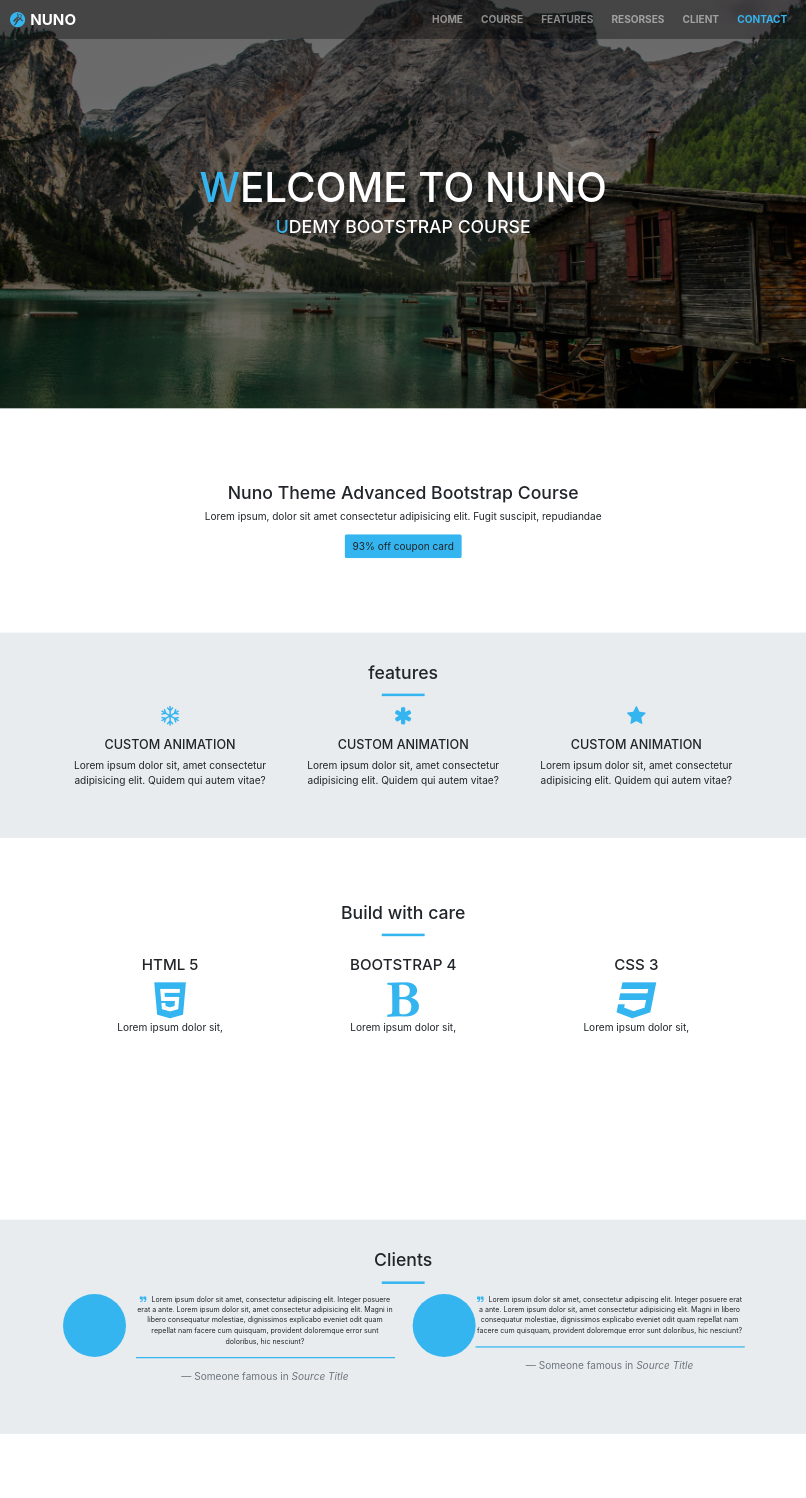
Repository: Mietlicha/bootstrap_template_exercise
Page: index.html
These files come from the project's save history. The page is drawn as it stood at one moment and after the next save; the edit follows.
The browser window is 1280 px wide. The pictures show the whole page, at 63% of full size.

Above is the page before, as saved 2019-11-19 22:33:17.

### index.html
<!DOCTYPE html>
<html lang="en">

<head>
    <meta charset="UTF-8">
    <meta name="viewport" content="width=device-width, initial-scale=1.0">
    <meta http-equiv="X-UA-Compatible" content="ie=edge">
    <title>Bootstrap template</title>
    <link rel="stylesheet" href="https://stackpath.bootstrapcdn.com/bootstrap/4.3.1/css/bootstrap.min.css"
        integrity="sha384-ggOyR0iXCbMQv3Xipma34MD+dH/1fQ784/j6cY/iJTQUOhcWr7x9JvoRxT2MZw1T" crossorigin="anonymous">
    <link rel="stylesheet" href="style.css">
    <link rel="stylesheet" href="https://cdnjs.cloudflare.com/ajax/libs/font-awesome/4.7.0/css/font-awesome.min.css">
</head>

<body data-spy="scroll" data-target="#main-nav">
    <!--------------------nav/home-------------------------------------------------------------------->
    <nav id="main-nav" class="navbar navbar-expand-md navbar-dark bg-dark font-weight-bold fixed-top">
        <a class="navbar-brand" href="#"><i class="fa fa-grav mr-2" aria-hidden="true"></i>Nuno</a>
        <button class="navbar-toggler" type="button" data-toggle="collapse" data-target="#navbarSupportedContent"
            aria-controls="navbarSupportedContent" aria-expanded="false" aria-label="Toggle navigation">
            <span class="navbar-toggler-icon"></span>
        </button>

        <div class="collapse navbar-collapse" id="navbarSupportedContent">
            <ul class="navbar-nav ml-auto">
                <li class="nav-item">
                    <a class="nav-link" href="#home">Home</a>
                </li>
                <li class="nav-item">
                    <a class="nav-link" href="#course">Course</a>
                </li>
                <li class="nav-item">
                    <a class="nav-link" href="#feature">Features</a>
                </li>
                <li class="nav-item">
                    <a class="nav-link" href="#resources">Resorses</a>
                </li>
                <li class="nav-item">
                    <a class="nav-link" href="#client">Client</a>
                </li>
                <li class="nav-item">
                    <a class="nav-link" href="#contact">Contact</a>
                </li>
        </div>
    </nav>
<!--------------------main----------------------------------------------------------------->
<main>
    <!--------------------home-------------------->
    <section id="home">
        <div class="home--landing-page">
        </div>
        <div class="home--caption">
            <h1>Welcome to Nuno</h1>
            <h3>Udemy bootstrap course</h3>
        </div>
    </section>

    <!--------------------corse-------------------->
    <section id="course" class="container text-center mt-5 mb-5">
        <header><h3>Nuno Theme Advanced Bootstrap Course</h3></header>
        <p>Lorem ipsum, dolor sit amet consectetur adipisicing elit. Fugit suscipit, repudiandae
        </p>
        <a href="#" class="btn btn-md" target="_blnk">93% off coupon card</a>
    </section>
    <!--------------------feature-------------------->
    <section id="feature">
            <div class="jumbotron jumbotron-fluid text-center pt-5">
                    <header><h3>features</h3></header>
                    <hr>
                    <div class="container d-md-flex">
                        <div class="feature-item col-md-4">
                            <i class="fa fa-snowflake-o" aria-hidden="true"></i>
                            <h5 class="pt-3">custom animation</h5>
                            <p>Lorem ipsum dolor sit, amet consectetur adipisicing elit. Quidem qui autem vitae?</p>
                        </div>
                        <div class="feature-item col-md-4">
                                <i class="fa fa-asterisk" aria-hidden="true"></i>
                                <h5 class="pt-3">custom animation</h5>
                                <p>Lorem ipsum dolor sit, amet consectetur adipisicing elit. Quidem qui autem vitae?</p>
                        </div>
                        <div class="feature-item col-md-4">
                                <i class="fa fa-star" aria-hidden="true"></i>
                                <h5 class="pt-3">custom animation</h5>
                                <p>Lorem ipsum dolor sit, amet consectetur adipisicing elit. Quidem qui autem vitae?</p>
                        </div>
                    </div>
                  </div>
    </section>
    <!--------------------Resourses-------------------->
    <section id="resources">
                <header><h3 class="text-center">Build with care</h3></header>
                <hr>
                <div class="container d-md-flex text-center">
                    <div class="resources-item col-md-4">
                        <h5 class="pt-3">Html 5</h5>
                        <i class="fa fa-html5" aria-hidden="true"></i>
                        <p>Lorem ipsum dolor sit,</p>
                    </div>
                    <div class="resources-item col-md-4">
                            <h5 class="pt-3">Bootstrap 4</h5>
                            <i class="fa fa-bold" aria-hidden="true"></i>
                            <p>Lorem ipsum dolor sit,</p>
                     </div>
                     <div class="resources-item col-md-4">
                            <h5 class="pt-3">CSS 3</h5>
                            <i class="fa fa-css3" aria-hidden="true"></i>
                            <p>Lorem ipsum dolor sit,</p>
                    </div>
                </div>
    </section>
    <!--------------------Client-------------------->
    <section id="client">
        <div class="jumbotron jumbotron-fluid text-center pt-5">
                <header><h3>Clients</h3></header>
                <hr class="client__main-hr">
                <div class="container d-md-flex">
                    <div class="feature-item col-md-6 d-flex">
                        <div class="foto mr-3"></div>
                        <blockquote class="blockquote">
                            <p class="mb-0">Lorem ipsum dolor sit amet, consectetur adipiscing elit. Integer posuere erat a ante. Lorem ipsum dolor sit, amet consectetur adipisicing elit. Magni in libero consequatur molestiae, dignissimos explicabo eveniet odit quam repellat nam facere cum quisquam, provident doloremque error sunt doloribus, hic nesciunt?</p>
                            <hr class="client__blockquote-hr text-left">
                            <footer class="blockquote-footer">Someone famous in <cite title="Source Title">Source Title</cite></footer>
                        </blockquote>
                    </div>
                    <div class="feature-item col-md-6 d-flex">
                        <div class="foto"></div>
                        <blockquote class="blockquote">
                            <p class="mb-0">Lorem ipsum dolor sit amet, consectetur adipiscing elit. Integer posuere erat a ante. Lorem ipsum dolor sit, amet consectetur adipisicing elit. Magni in libero consequatur molestiae, dignissimos explicabo eveniet odit quam repellat nam facere cum quisquam, provident doloremque error sunt doloribus, hic nesciunt?</p>
                            <hr class="client__blockquote-hr text-left">
                            <footer class="blockquote-footer">Someone famous in <cite title="Source Title">Source Title</cite></footer>
                        </blockquote>
                    </div>
                </div>
            </div>

    </section>
    <!--------------------Contact-------------------->
    <section id="contact">

    </section>
</main>

    <script src="https://code.jquery.com/jquery-3.3.1.slim.min.js"
        integrity="sha384-q8i/X+965DzO0rT7abK41JStQIAqVgRVzpbzo5smXKp4YfRvH+8abtTE1Pi6jizo"
        crossorigin="anonymous"></script>
    <script src="https://cdnjs.cloudflare.com/ajax/libs/popper.js/1.14.7/umd/popper.min.js"
        integrity="sha384-UO2eT0CpHqdSJQ6hJty5KVphtPhzWj9WO1clHTMGa3JDZwrnQq4sF86dIHNDz0W1"
        crossorigin="anonymous"></script>
    <script src="https://stackpath.bootstrapcdn.com/bootstrap/4.3.1/js/bootstrap.min.js"
        integrity="sha384-JjSmVgyd0p3pXB1rRibZUAYoIIy6OrQ6VrjIEaFf/nJGzIxFDsf4x0xIM+B07jRM"
        crossorigin="anonymous"></script>
</body>

</html>

### style.css
:root{
--main-colour: rgb(53, 181, 240);
font-size: 14px;
}

body{
    position: relative;
}

section:not(#home){
    padding-top: 70px;
}

/************************NAV******************************************/
.bg-dark {
    background-color: #0a0a0a60!important;
}

.navbar-dark .navbar-nav .nav-link:hover{
    color: rgb(255, 255, 255);
}

.nav-link{
    padding: 0 7rem;
}

#main-nav {
text-transform: uppercase;
}

#main-nav .navbar-brand{
    font-size: 1.5rem;
}

#main-nav .navbar-brand i{
    color: var(--main-colour);
}

.navbar-dark .navbar-nav .nav-link.active{
    color: var(--main-colour);
    font-weight: bold;
}

.navbar-dark .navbar-nav .nav-link{
    padding-top: .9rem;
}

/************************Home******************************************/
#home{
    position: relative;
}

.home--landing-page{
    background: linear-gradient(rgba(0, 0, 0, 0.534), rgba(0, 0, 0, 0.534)), url(img/tlo.jpg) center/cover no-repeat;
    width: 100vw;
    height: 90vh;
}

.home--caption{
    width: 100%;
    position: absolute;
    top: 40%;
    z-index: 3;
    text-align: center;
    color: #fff;
    text-transform: uppercase;
}

.home--caption h1{
    font-size: 4rem;
}

.home--caption h1::first-letter, .home--caption h3::first-letter{
    color: var(--main-colour);
}

/************************Course******************************************/
#course .btn{
    background-color: var(--main-colour);
}

/************************Feature******************************************/
#feature hr{
    width: 5%;
    border: 2px solid var(--main-colour);
}

#feature i{
    color: var(--main-colour);
    font-size: 2rem;
}

#feature .feature-item h5{
    text-transform: uppercase;
}

/************************Resources******************************************/
#resources{
min-height: 70vh;
}

#resources h5{
    font-size: 1.5rem;
    text-transform: uppercase;
}

#resources i{
    color: var(--main-colour);
    font-size: 4rem;
}

#resources hr{
    width: 5%;
    border: 2px solid var(--main-colour);
}

/************************Clients******************************************/
.client__main-hr{
    width: 5%;
    border: 2px solid var(--main-colour);
}

#client .foto{
    min-width: 100px;
    min-height: 100px;
    max-width: 100px;
    max-height: 100px;
    border-radius: 50%;
    background-color: var(--main-colour);
}

#client blockquote p::before{
    content: "\f10e ";
    font-family: FontAwesome;
    color: var(--main-colour);
    padding-right: 0.5rem;
}

.client__blockquote-hr{
    border: 0.5px solid var(--main-colour);
    width: 100%;
}


#client blockquote p{
    font-size: 0.7rem;
}

@media (min-width: 500px){
    :root{
        font-size: 16px;
    }
    }

    @media (min-width: 768px){
    .navbar-expand-md .navbar-nav .nav-link {
        padding-right: .9rem;
        padding-left: .9rem;
        padding-top: 0;
    }
    }

After the next save:
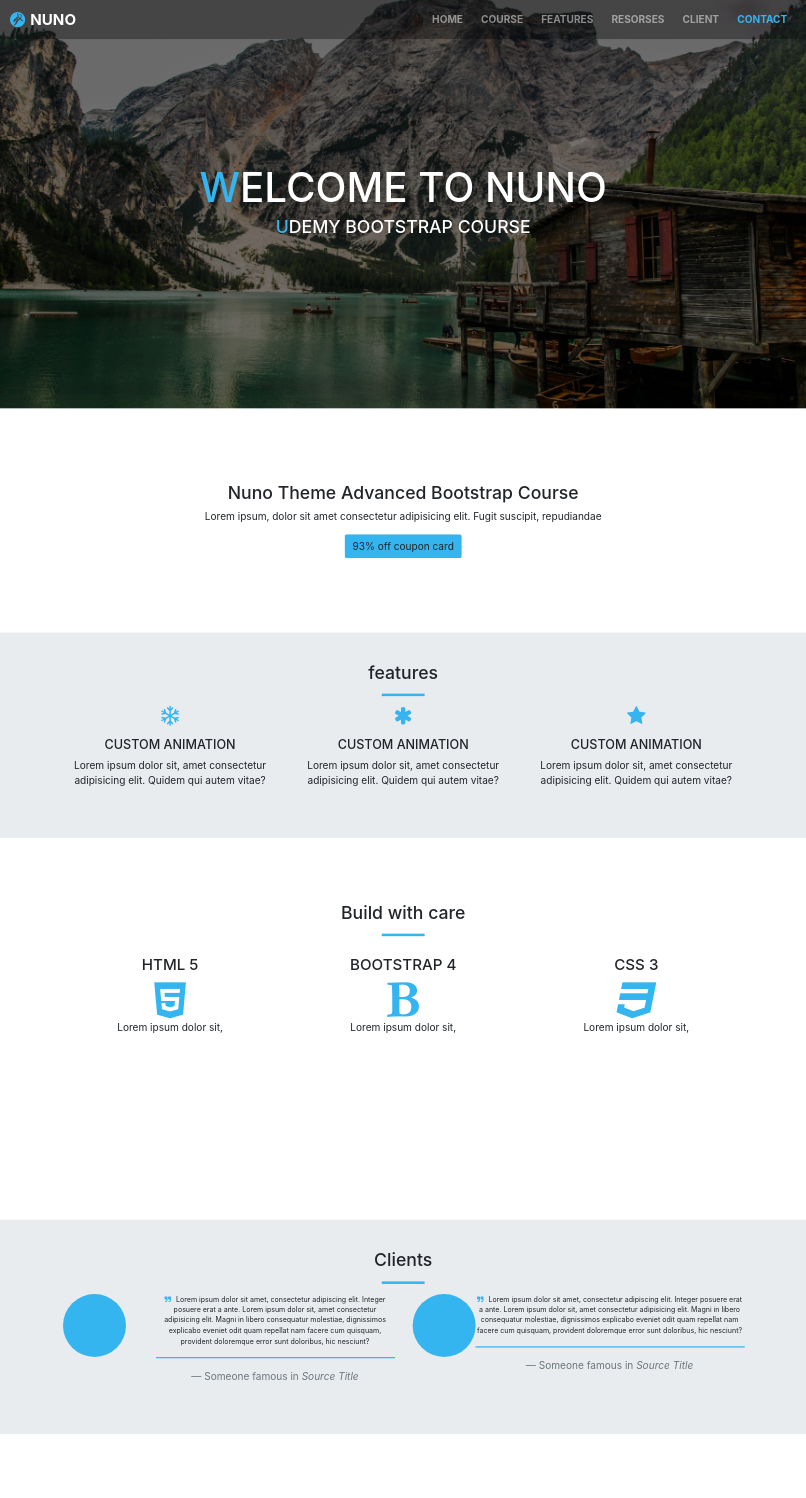
Saved 14 s later.
--- a/index.html
+++ b/index.html
@@ -115,7 +115,7 @@
                 <hr class="client__main-hr">
                 <div class="container d-md-flex">
                     <div class="feature-item col-md-6 d-flex">
-                        <div class="foto mr-3"></div>
+                        <div class="foto mr-5"></div>
                         <blockquote class="blockquote">
                             <p class="mb-0">Lorem ipsum dolor sit amet, consectetur adipiscing elit. Integer posuere erat a ante. Lorem ipsum dolor sit, amet consectetur adipisicing elit. Magni in libero consequatur molestiae, dignissimos explicabo eveniet odit quam repellat nam facere cum quisquam, provident doloremque error sunt doloribus, hic nesciunt?</p>
                             <hr class="client__blockquote-hr text-left">
